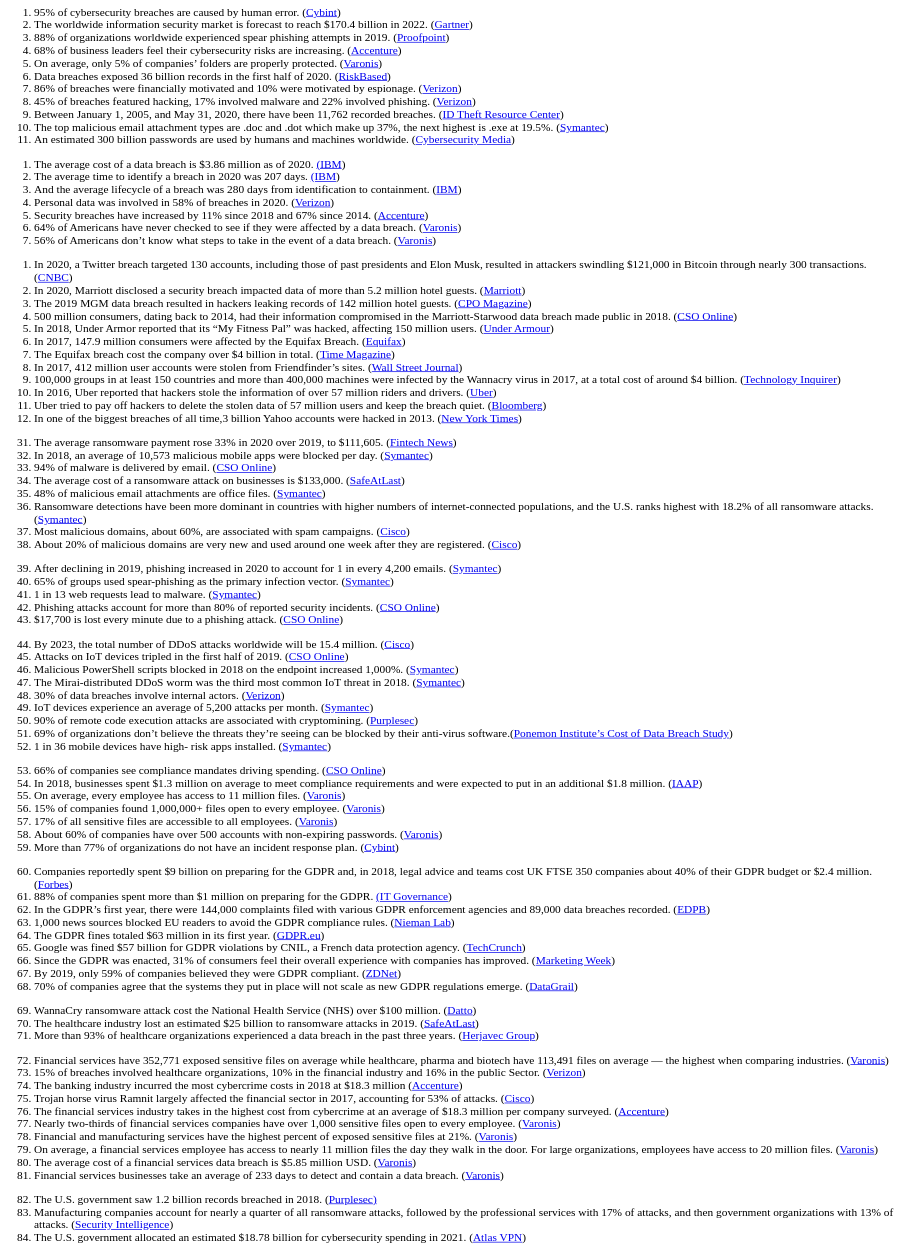
Repository: AniruddhAnand/zero_day_shield
Page: assets/data/facts.html
These files come from the project's save history. The page is drawn as it stood at one moment and after the next save; the edit follows.
The browser window is 1280 px wide. The pictures show the whole page, at 71% of full size.

Above is the page before, as saved 2021-07-10 15:08:51.

After the next save:
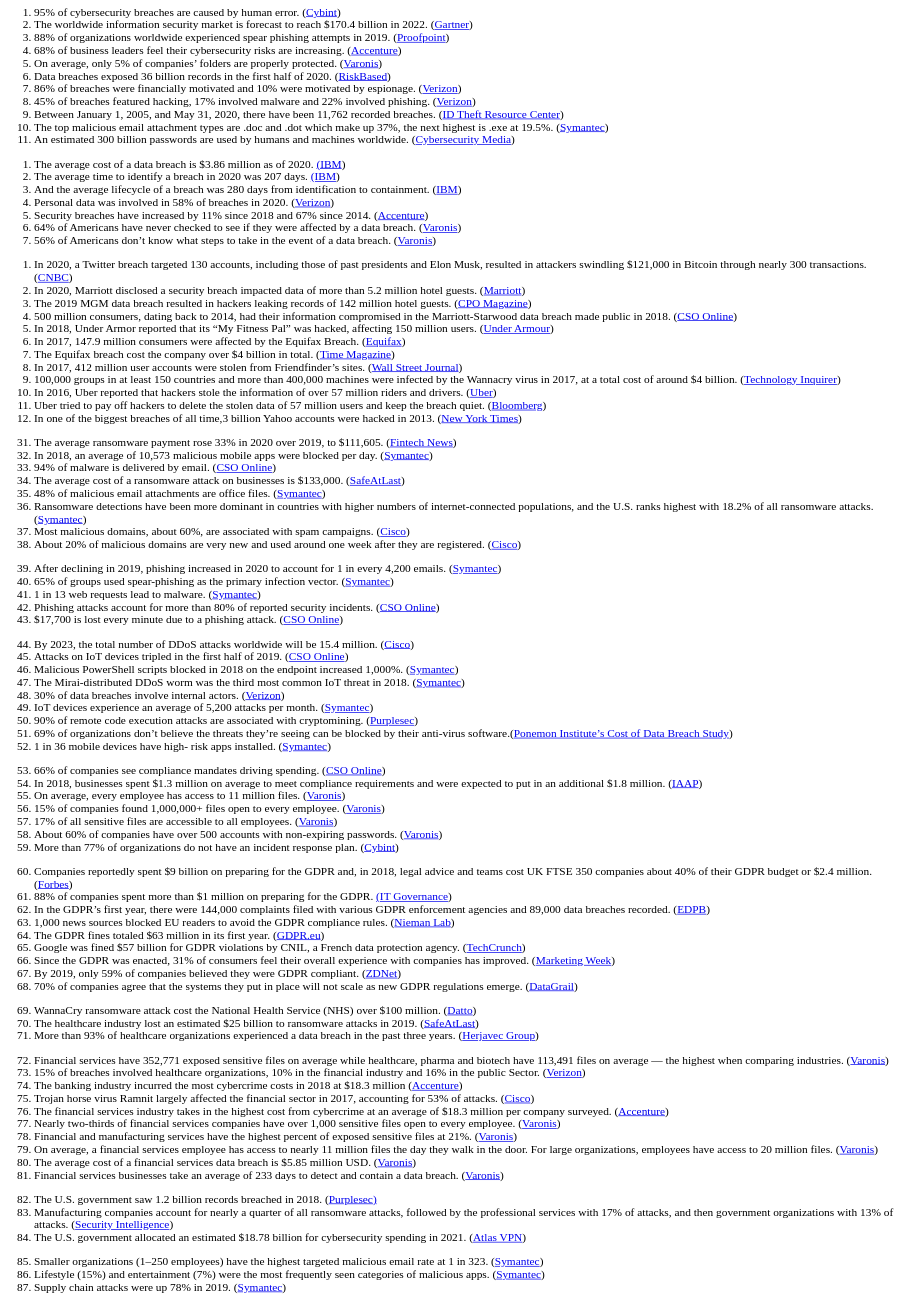
Saved 11 s later.
--- a/assets/data/facts.html
+++ b/assets/data/facts.html
@@ -190,6 +190,11 @@
                                 <li>Manufacturing companies account for nearly a quarter of all ransomware attacks, followed by the professional services with 17% of attacks, and then government organizations with 13% of attacks. (<a href="https://securityintelligence.com/posts/ransomware-2020-attack-trends-new-techniques-affecting-organizations-worldwide/" target="_blank" rel="noopener noreferrer">Security Intelligence</a>)</li>
                                 <li aria-level="1">The U.S. government allocated an estimated $18.78 billion for cybersecurity spending in 2021. (<a href="https://atlasvpn.com/blog/us-government-to-spend-over-18-billion-on-cybersecurity" target="_blank" rel="noopener noreferrer">Atlas VPN</a>)</li>
                                 </ol>
+                                <ol start="85">
+                                    <li aria-level="1">Smaller organizations (1–250 employees) have the highest targeted malicious email rate at 1 in 323. (<a href="https://www.symantec.com/security-center/threat-report" target="_blank" rel="noopener noreferrer">Symantec</a>)</li>
+                                    <li aria-level="1">Lifestyle (15%) and entertainment (7%) were the most frequently seen categories of malicious apps. (<a href="https://www.symantec.com/security-center/threat-report" target="_blank" rel="noopener noreferrer">Symantec</a>)</li>
+                                    <li aria-level="1">Supply chain attacks were up 78% in 2019. (<a href="https://www.symantec.com/security-center/threat-report" target="_blank" rel="noopener noreferrer">Symantec</a>)</li>
+                                    </ol>
 </body>
 
 </html>
